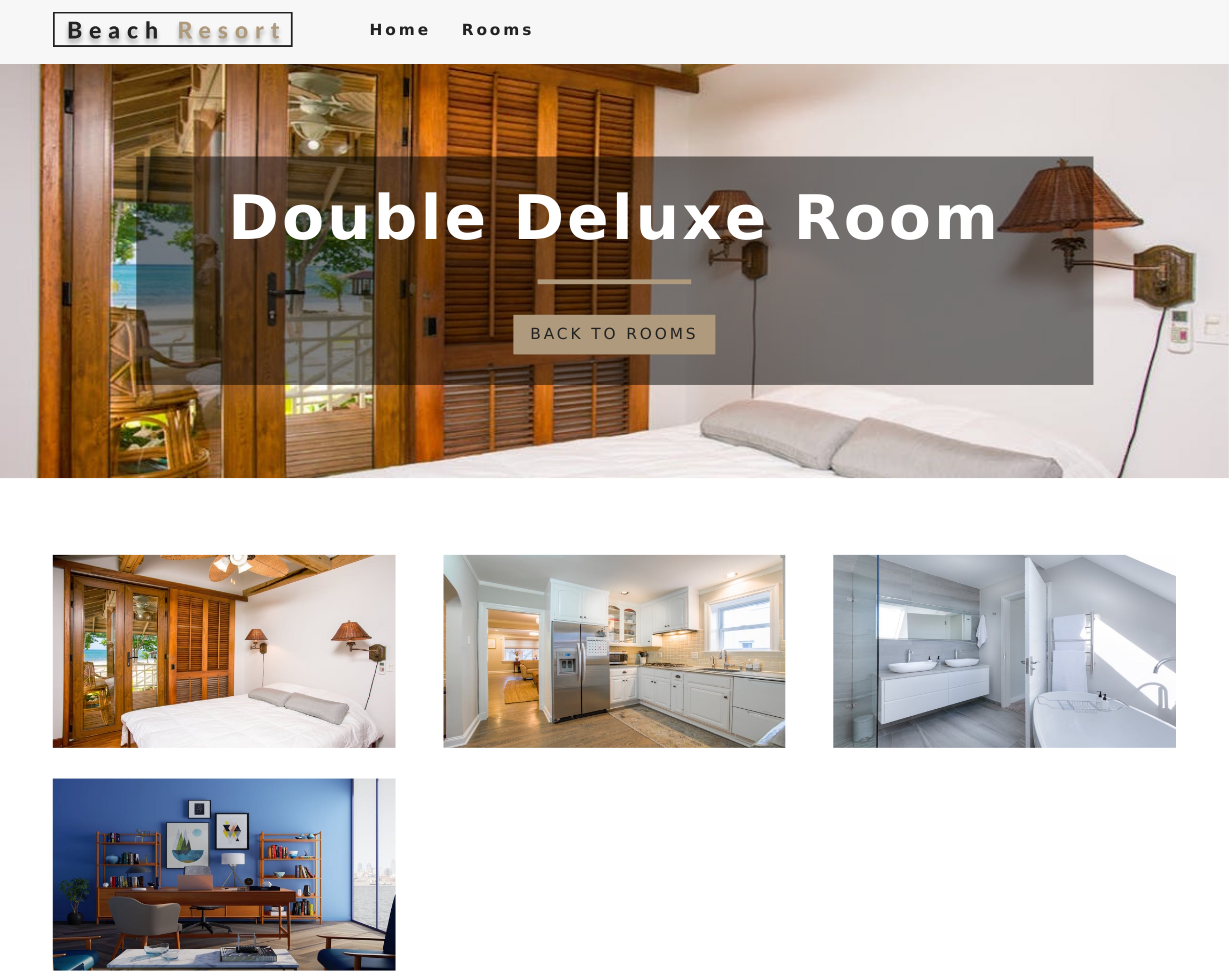
Repository: thanhn379/react-beach-resort
Page: /rooms/double-deluxe
An editor plug-in stored every save of this project. The page is shown before and after the next save, followed by the edit.
The browser window is 1280 px wide. The pictures show the whole page, at 96% of full size.
The project was rebuilt for these pictures with package versions that can differ from the ones it lists, and the page was loaded fresh each time. Also part of the build but not shown: src/components/Hero.js, src/components/Title.js, src/components/Services.js, src/components/Loading.js, src/components/Room.js, src/components/FeaturedRooms.js, src/pages/Home.js, src/pages/Rooms.js and 1 more.

Above is the page before, as saved 2019-11-16 03:56:55.

After the next save:
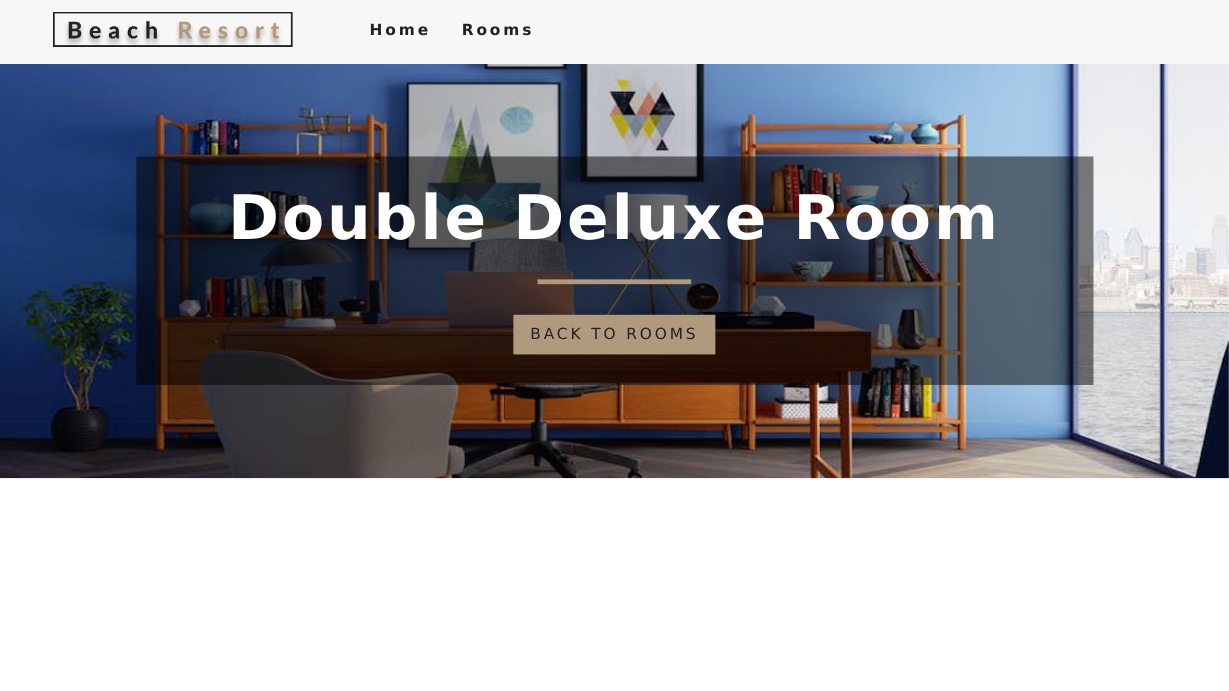
Saved 5 min 42 s later.
--- a/src/pages/SingleRoom.js
+++ b/src/pages/SingleRoom.js
@@ -43,9 +43,11 @@ export default class SingleRoom extends Component {
       images
     } = room;
 
+    let [mainImg, ...defaultImg] = [images];
+
     return (
       <>
-        <StyledHero img={images[0] || this.state.defaultBcg}>
+        <StyledHero img={mainImg || this.state.defaultBcg}>
           <Banner title={`${name} room`}>
             <Link to="/rooms" className="btn-primary">
               back to rooms
@@ -55,7 +57,7 @@ export default class SingleRoom extends Component {
 
         <section className="single-room">
           <div className="single-room-images">
-            {images.map((item, index) => {
+            {defaultImg.map((item, index) => {
               return <img key={index} src={item} alt={name} />;
             })}
           </div>
